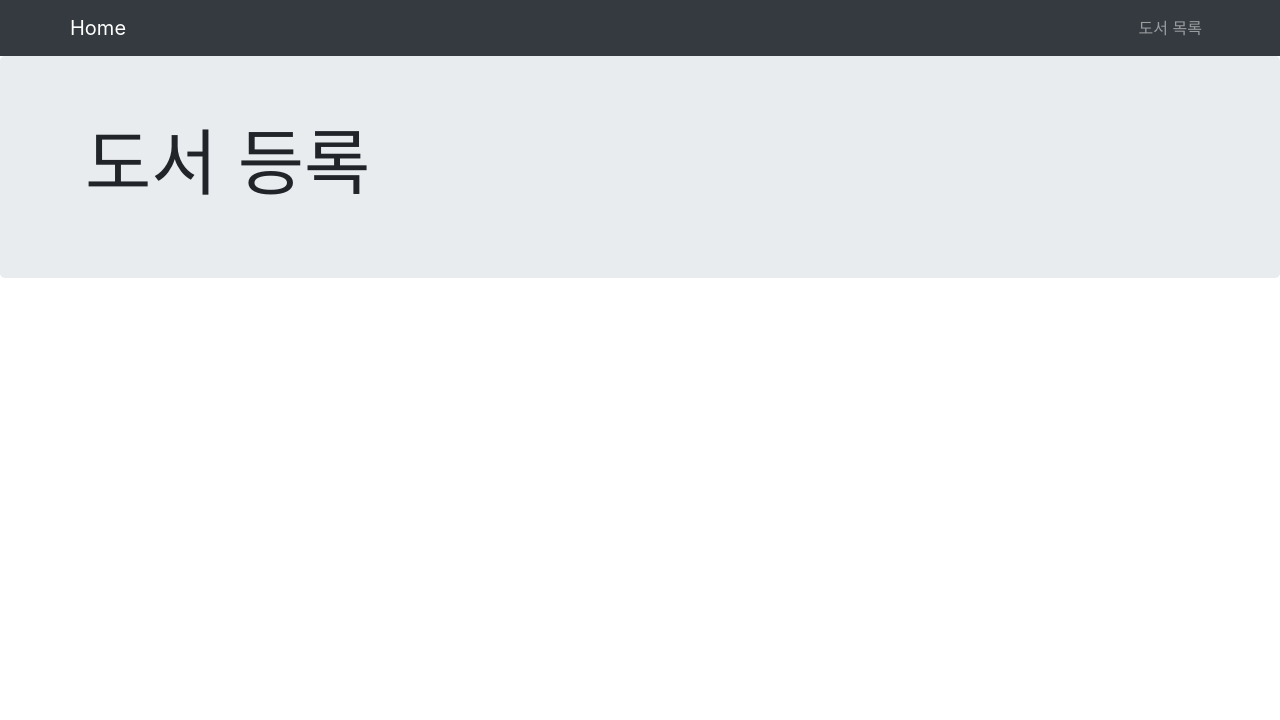
Repository: lhj257/jspwrokspace
Page: http://localhost/BookMarket/addBook.jsp
The author's editor kept a copy of each file at every save. The page is drawn from the files as they stood at one save, then again after the next save.
The browser window is 1280 px wide. The pictures show the whole page.
The page is served by Tomcat 9. Other server files are loaded and not shown.

Above is the page before, as saved 2023-08-30 01:26:03.

### BookMarket/src/main/webapp/addBook.jsp
<%@ page language="java" contentType="text/html; charset=UTF-8"
    pageEncoding="UTF-8"%>
<!DOCTYPE html>
<html>
<head>
<link rel="stylesheet"
	href="https://cdn.jsdelivr.net/npm/bootstrap@4.0.0/dist/css/bootstrap.min.css"
	integrity="sha384-Gn5384xqQ1aoWXA+058RXPxPg6fy4IWvTNh0E263XmFcJlSAwiGgFAW/dAiS6JXm"
	crossorigin="anonymous">
<meta charset="UTF-8">
<title>도서 등록</title>
</head>
<body>
	<jsp:include page="menu.jsp"/>
	<div class="jumbotron">
		<div class="container">
			<h1 class="display-3">도서 등록</h1>
		</div>
	</div>
	<div class="container">

	</div>
</body>
</html>

### BookMarket/src/main/webapp/menu.jsp
<%@ page language="java" contentType="text/html; charset=UTF-8"
   pageEncoding="UTF-8" %>
	<nav class="navbar navbar-expand navbar-dark bg-dark">
		<div class="container">
			<div class="navbar-header">
				<a class="navbar-brand" href="./welcome.jsp">Home</a>
			</div>
			<div>
			<ul class="navbar-nav mr-auto">
				<li class="nav-item"><a class="nav-link" href="./books.jsp">도서 목록</a></li>
			</ul>
		</div>
		</div>
	</nav>

After the next save:
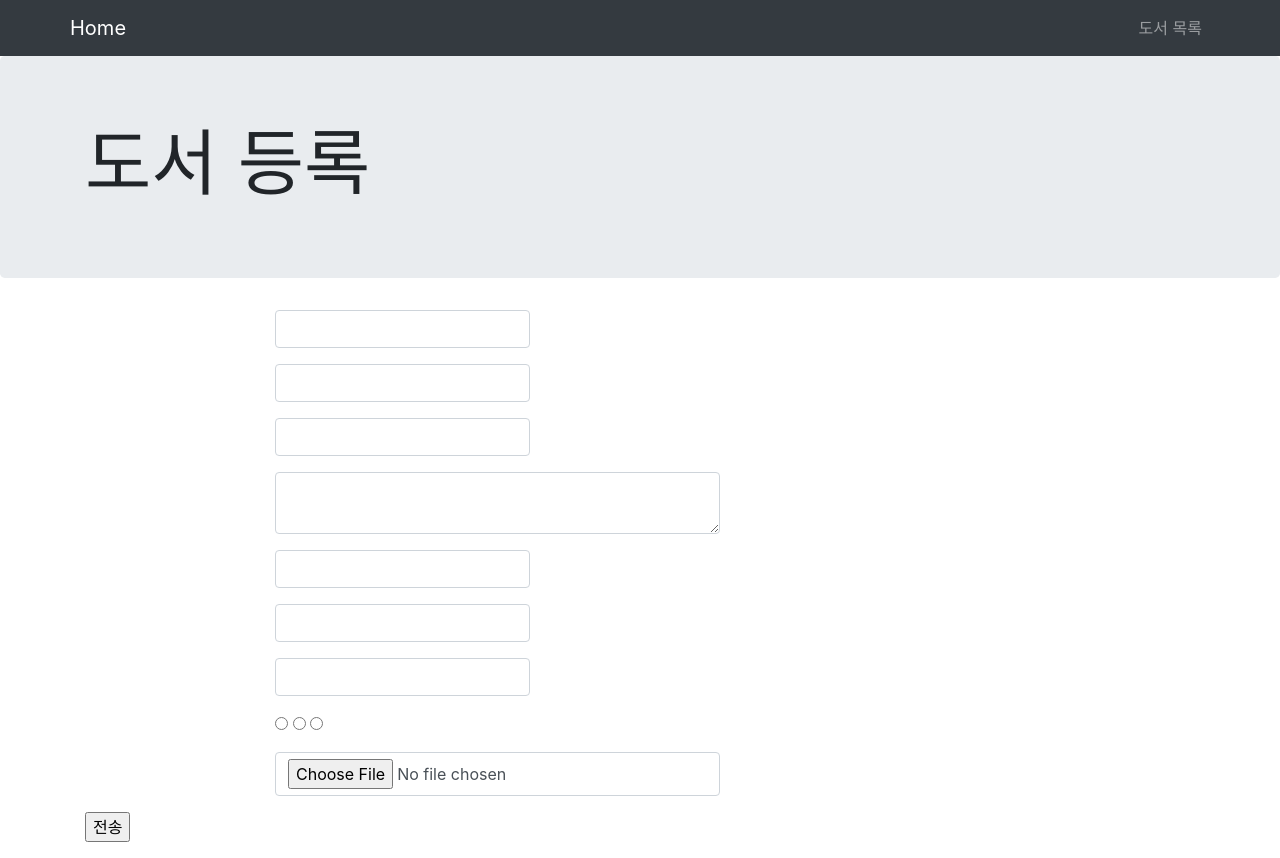
Saved 91 s later.
--- a/BookMarket/src/main/webapp/addBook.jsp
+++ b/BookMarket/src/main/webapp/addBook.jsp
@@ -18,7 +18,69 @@
 		</div>
 	</div>
 	<div class="container">
-
+		<form name="newProduct" action="./processAddProduct.jsp" class="form-horizontal" method="post" enctype="multipart/form-data">
+			<div class="form-group row">
+				<label class="col-sm-2"></label>
+				<div class="col-sm-3">
+					<input type="text" id="productId" name="productId" class="form-control">
+				</div>
+			</div>
+			<div class="form-group row">
+				<label class="col-sm-2"></label>
+				<div class="col-sm-3">
+					<input type="text" id="name" name="name" class="form-control">
+				</div>
+			</div>
+			<div class="form-group row">
+				<label class="col-sm-2"></label>
+				<div class="col-sm-3">
+					<input type="text" id="unitPrice" name="unitPrice" class="form-control">
+				</div>
+			</div>
+			<div class="form-group row">
+				<label class="col-sm-2"></label>
+				<div class="col-sm-5">
+					<textarea name="description" cols="50" rows="2" class="form-control"></textarea>
+				</div>
+			</div>
+			<div class="form-group row">
+				<label class="col-sm-2"></label>
+				<div class="col-sm-3">
+					<input type="text" name="manufacturer" class="form-control">
+				</div>
+			</div>
+			<div class="form-group row">
+				<label class="col-sm-2"></label>
+				<div class="col-sm-3">
+					<input type="text" name="category" class="form-control">
+				</div>
+			</div>
+			<div class="form-group row">
+				<label class="col-sm-2"></label>
+				<div class="col-sm-3">
+					<input type="text" id="unitsInStock" name="unitsInStock" class="form-control">
+				</div>
+			</div>
+			<div class="form-group row">
+				<label class="col-sm-2"></label>
+				<div class="col-sm-5">
+					<input type="radio" name="condition" value="New">
+					<input type="radio" name="condition" value="Old">
+					<input type="radio" name="condition" value="Refurbished">
+				</div>
+			</div>
+			<div class="form-group row">
+				<label class="col-sm-2"></label>
+				<div class="col-sm-5">
+					<input type="file" name="productImage" class="form-control">
+				</div>
+			</div>
+			<div class="form-group row">
+				<div class="col-sm-offset-2 col-sm-10">
+					<input type="button" name="btn btn-primary" value="전송" onclick="CheckAddProduct()">
+				</div>
+			</div>
+		</form>
 	</div>
 </body>
 </html>
